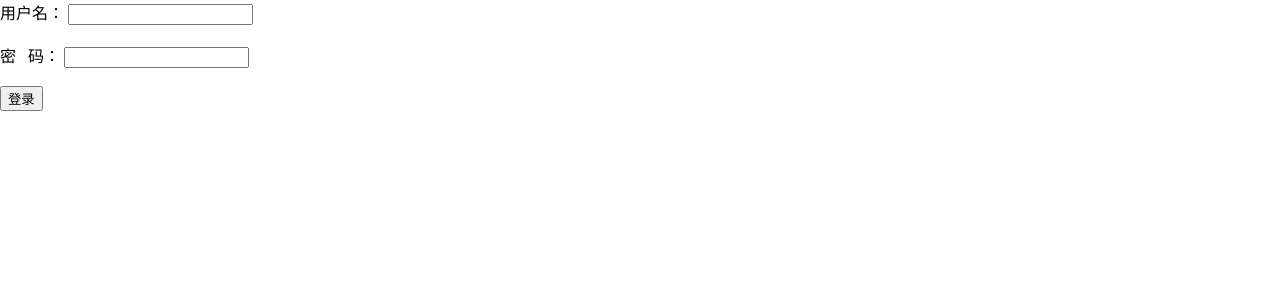
Repository: guirui-li/StudyJavaWeb
Page: http://localhost/JavawebTest/experiment02/login.jsp
The author's editor kept a copy of each file at every save. The page is drawn from the files as they stood at one save, then again after the next save.
The browser window is 1280 px wide. The pictures show the whole page.
The page is served by Tomcat 9. Other server files are loaded and not shown.

Above is the page before, as saved 2019-04-26 11:26:55.

### JavawebTest/WebContent/experiment02/login.jsp
<%@ page language="java" contentType="text/html; charset=UTF-8"
    pageEncoding="UTF-8"%>
<!DOCTYPE html>
<html>
<head>
<meta charset="UTF-8">
<title>Insert title here</title>
	<style type="text/css">
		body{
			margin: 0;
			padding: 0;
		}
		#id{
			margin-left: 200px;
		}
	</style>
</head>
<body>
	<%
		String name=request.getParameter("name");
		String psw=request.getParameter("psw");
		if(name==null||psw==null){
			name="";
			psw="";
		}
	%>
	<form action="dologin.jsp" id="form1" name="form1" method="post">
		<label>用户名：
			<input type="text" name="name" value="<%=name %>"/>
			<br><br>
			密&nbsp;&nbsp;&nbsp;码：
			<input type="text" name="psw" value="<%=psw %>"/>
			<br><br>
			<input type="submit" name="Submit" value="登录" />
		</label>
	</form>

</body>
</html>

After the next save:
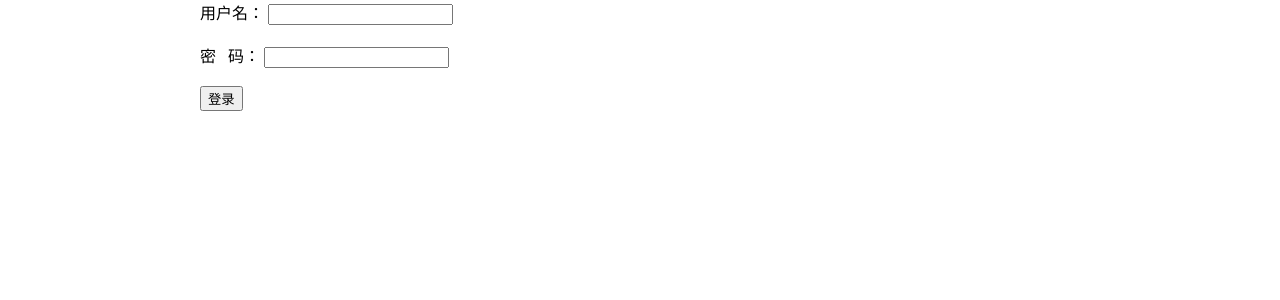
Saved 22 s later.
--- a/JavawebTest/WebContent/experiment02/login.jsp
+++ b/JavawebTest/WebContent/experiment02/login.jsp
@@ -10,7 +10,7 @@
 			margin: 0;
 			padding: 0;
 		}
-		#id{
+		#form1{
 			margin-left: 200px;
 		}
 	</style>
